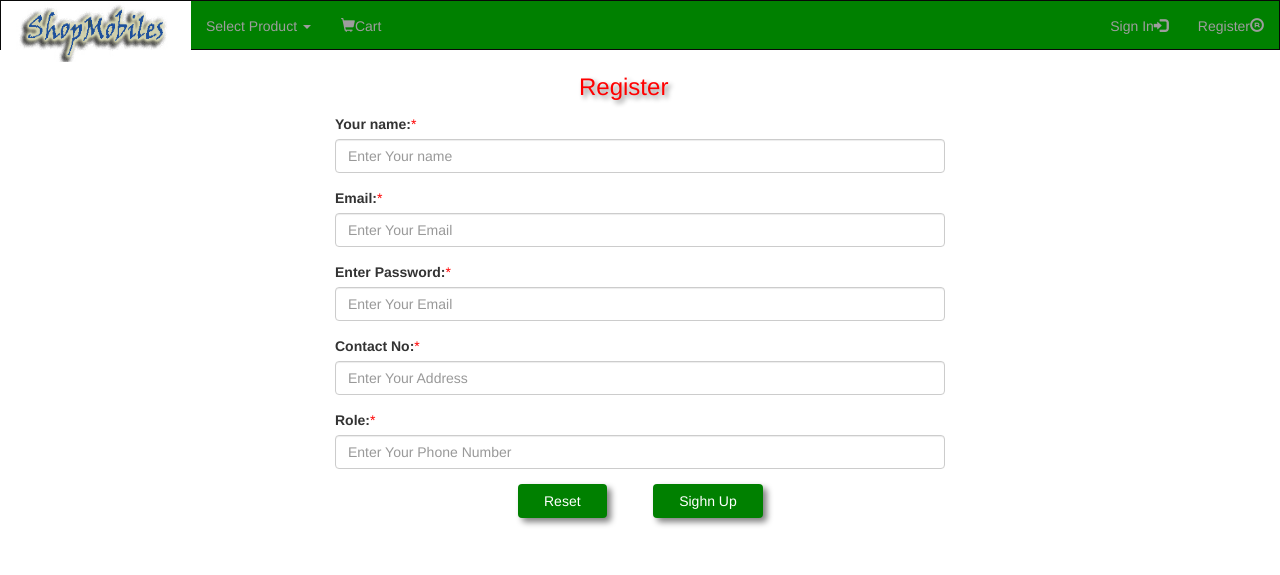
Repository: KoustabhBiswas/Final-Ecommerce-Project
Page: http://localhost/ecommerce1/WEB-INF/views/register.jsp
An editor plug-in stored every save of this project. The page is shown before and after the next save, followed by the edit.
The browser window is 1280 px wide. The pictures show the whole page.
Some web libraries are served in a nearby version. The page is served by Tomcat 9. Nobody is signed in. Other server files are loaded and not shown. The template is opened directly, without the code that normally fills it, so the values that code supplies are empty.

Above is the page before, as saved 2017-09-17 12:18:52.

### Final Ecommerce Project/Ecommerce_Project-master/project/ecommerce1/src/main/webapp/WEB-INF/views/register.jsp
<%@ page language="java" contentType="text/html; charset=ISO-8859-1"
    pageEncoding="ISO-8859-1"%>
    <%@ taglib uri="http://www.springframework.org/tags/form" prefix="form" %>
<!DOCTYPE html PUBLIC "-//W3C//DTD HTML 4.01 Transitional//EN" "http://www.w3.org/TR/html4/loose.dtd">
<html>
<head>
<meta http-equiv="Content-Type" content="text/html; charset=ISO-8859-1">
<title>Insert title here</title>
<link rel="stylesheet"
	href="https://cdnjs.cloudflare.com/ajax/libs/font-awesome/4.7.0/css/font-awesome.min.css">

<link rel="stylesheet"
	href="https://maxcdn.bootstrapcdn.com/bootstrap/3.3.7/css/bootstrap.min.css">
<script
	src="https://ajax.googleapis.com/ajax/libs/jquery/3.2.1/jquery.min.js"></script>
<script
	src="https://maxcdn.bootstrapcdn.com/bootstrap/3.3.7/js/bootstrap.min.js"></script>
<style>
.btn{
	box-shadow:4px 4px 6px grey;
	margin-right: 10%;
	padding-right: 25px;
	padding-left: 25px;
	background-color: green;
	color: white;
}
.btn:hover{
	box-shadow:2px 2px 4px grey;
	background-color: blue;
}
</style>
</head>
<body>
<div class="container-fluid">
	<%@ include file="shared/navbar.jsp" %>
	<div class="row" >

  		<div class="col-md-6" style="margin-left: 25%; ">
  				<div><p style="color: red; margin-left: 40%; font-size: 24px; text-shadow: 3px 3px 5px grey; ">Register</p></div>

  			<form:form action="userSubmit" modelAttribute="registration" method="post" class="form-group">
  				<div class="form-group">
  				<form:input type="hidden" path="userId" />
  					<form:label path="userName">Your name:</form:label><span style="color: red">*</span>
  					<form:input type="text" name="uname" path="userName" class="form-control" placeholder="Enter Your name" />
  				</div>

  				<div class="form-group">
  					<form:label path="emailId">Email:</form:label><span style="color: red">*</span>
  					<form:input type="text" path="emailId" class="form-control" placeholder="Enter Your Email" />
  				</div>
				<div class="form-group">
  					<form:label path="password">Enter Password:</form:label><span style="color: red">*</span>
  					<form:input type="password" path="password" class="form-control" placeholder="Enter Your Email" />
  				</div>

  				<div class="form-group">
  					<form:label path="contactNo">Contact No:</form:label><span style="color: red">*</span>
  					<form:input type="text" path="contactNo" class="form-control" placeholder="Enter Your Address" />
  				</div>

  				<div class="form-group">
  					<form:label path="role">Role:</form:label><span style="color: red">*</span>
  					<form:input type="text" path="role" class="form-control" placeholder="Enter Your Phone Number" />
  				</div>



  				<div style="margin-left: 30% ">
  					<input type="reset" value="Reset" class="btn" style="">

  					<input type="submit" value="Sighn Up" class="btn" style="  padding-right: 25px; padding-left: 25px;">
  				</div>

  			</form:form>

  		</div>

  	</div>
  	</div>
</body>
</html>

### Final Ecommerce Project/Ecommerce_Project-master/project/ecommerce1/src/main/webapp/WEB-INF/views/shared/navbar.jsp
<%@ page language="java" contentType="text/html; charset=ISO-8859-1"
	pageEncoding="ISO-8859-1" isELIgnored="false"%>
<%@ taglib uri="http://www.springframework.org/security/tags"
	prefix="sec"%>
<%@ taglib uri="http://java.sun.com/jsp/jstl/core" prefix="c"%>

<style>
nav {
	background-color: #1b6d85;
}
</style>

<div class="row" style="border-bottom-style: none;">
	<nav class="navbar navbar-inverse"
		style="background-color: green; border-radius: 0px; color: white; height:50px">
		<div class="container-fluid">
			<div class="navbar-header" >
				<a class="navbar-brand" href="home" style="background-color:white; height:69px"><img
					src="<c:url value="/resources/images/shopmobiles4.jpg" />" height=60px width=160px style="margin-top:-9%"></a>
			</div>
			<ul class="nav navbar-nav">

				<li class="dropdown"><a class="dropdown-toggle"
					data-toggle="dropdown" href="#">Select Product <span
						class="caret"></span></a>
					<ul class="dropdown-menu">
						<li><a href="${pageContext.request.contextPath}/samsung">Samsung</a></li>
						<li><a href="${pageContext.request.contextPath}">Nokia</a></li>
						<li><a href="#">HTC</a></li>
					</ul></li>

				<li><a href="/ecommerce1/user/view/cart"><span
						class="glyphicon glyphicon-shopping-cart"></span>Cart</a></li>

			</ul>
			<ul class="nav navbar-nav navbar-right">
				<sec:authorize access="hasAuthority('Admin')">
					<li class="dropdown"><a class="dropdown-toggle"
						data-toggle="dropdown" href="#">Admin <span class="caret"></span></a>
						<ul class="dropdown-menu">
							<li><a href="admin/product">Product</a></li>
							<li><a href="admin/supplier">Supplier</a></li>

						</ul></li>
				</sec:authorize>
				<sec:authorize access="isAnonymous()">
					<li><a href="login">Sign In<span
							class="glyphicon glyphicon-log-in"></span></a></li>
				</sec:authorize>
				<sec:authorize access="isAuthenticated()">
					<li><a href="/ecommerce1/logout">LOGOUT</a><span>${name}</span></li>
				</sec:authorize>
				<li><a href="registerpage">Register<span
						class="glyphicon glyphicon-registration-mark"></span></a>${username}</li>
			</ul>
		</div>
	</nav>
</div>

After the next save:
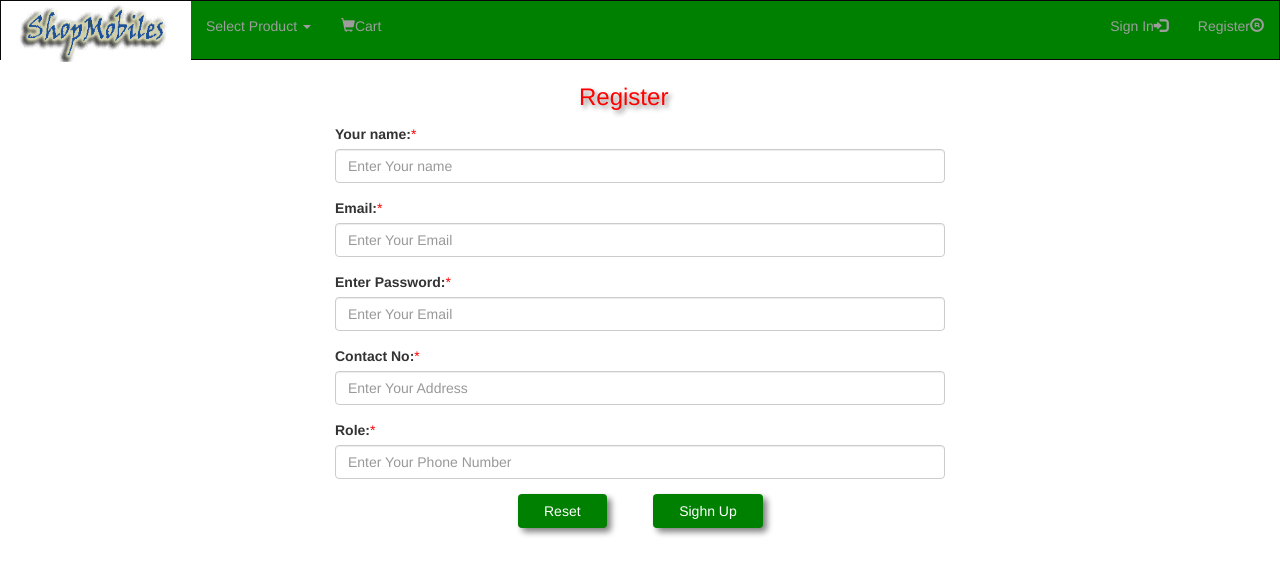
Saved 11 s later.
--- a/Final Ecommerce Project/Ecommerce_Project-master/project/ecommerce1/src/main/webapp/WEB-INF/views/shared/navbar.jsp
+++ b/Final Ecommerce Project/Ecommerce_Project-master/project/ecommerce1/src/main/webapp/WEB-INF/views/shared/navbar.jsp
@@ -12,7 +12,7 @@ nav {
 
 <div class="row" style="border-bottom-style: none;">
 	<nav class="navbar navbar-inverse"
-		style="background-color: green; border-radius: 0px; color: white; height:50px">
+		style="background-color: green; border-radius: 0px; color: white; height:60px">
 		<div class="container-fluid">
 			<div class="navbar-header" >
 				<a class="navbar-brand" href="home" style="background-color:white; height:69px"><img
